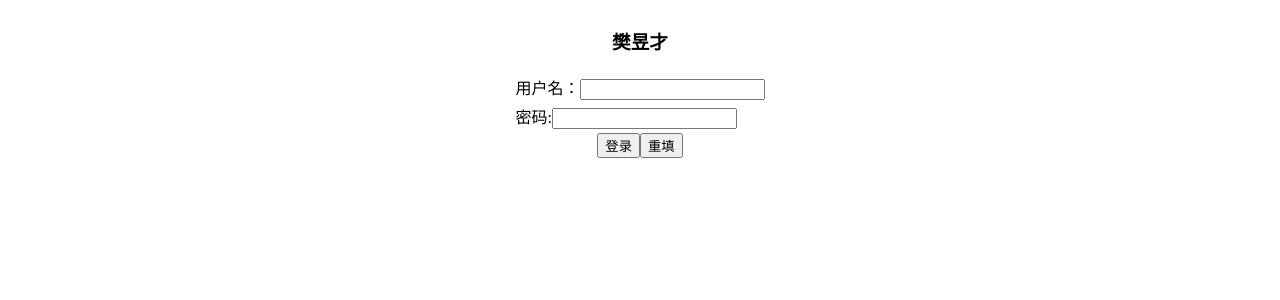
Repository: FanYucai/HITSElabLab2
Page: http://localhost/test2/
These files come from the project's save history. The page is drawn as it stood at one moment and after the next save; the edit follows.
The browser window is 1280 px wide. The pictures show the whole page.
The page is served by Tomcat 9.

Above is the page before, as saved 2016-10-04 07:36:01.

After the next save:
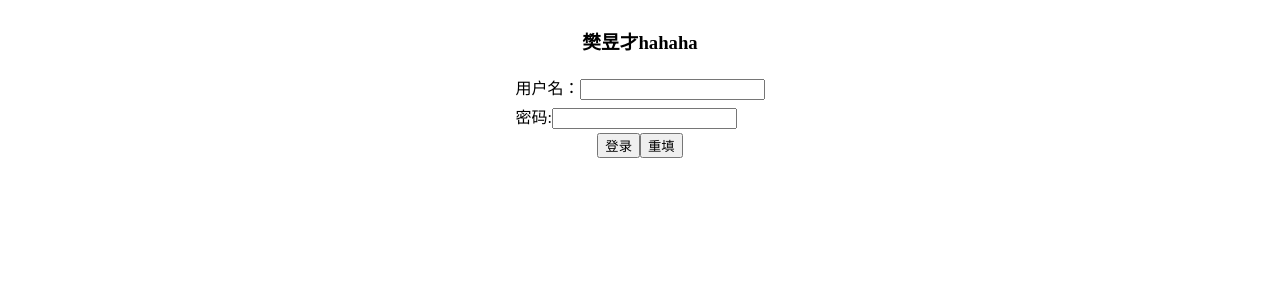
Saved 10 s later.
--- a/test2/WebContent/WEB-INF/content/privateinfo.jsp
+++ b/test2/WebContent/WEB-INF/content/privateinfo.jsp
@@ -10,7 +10,7 @@
 	<form action="login.action" method="post">
 		<table align="center">
 			<caption>
-				<h3>樊昱才</h3>
+				<h3>樊昱才hahaha</h3>
 			</caption>
 			<tr>
 				<td>用户名：<input type="text" name="username" /></td>
